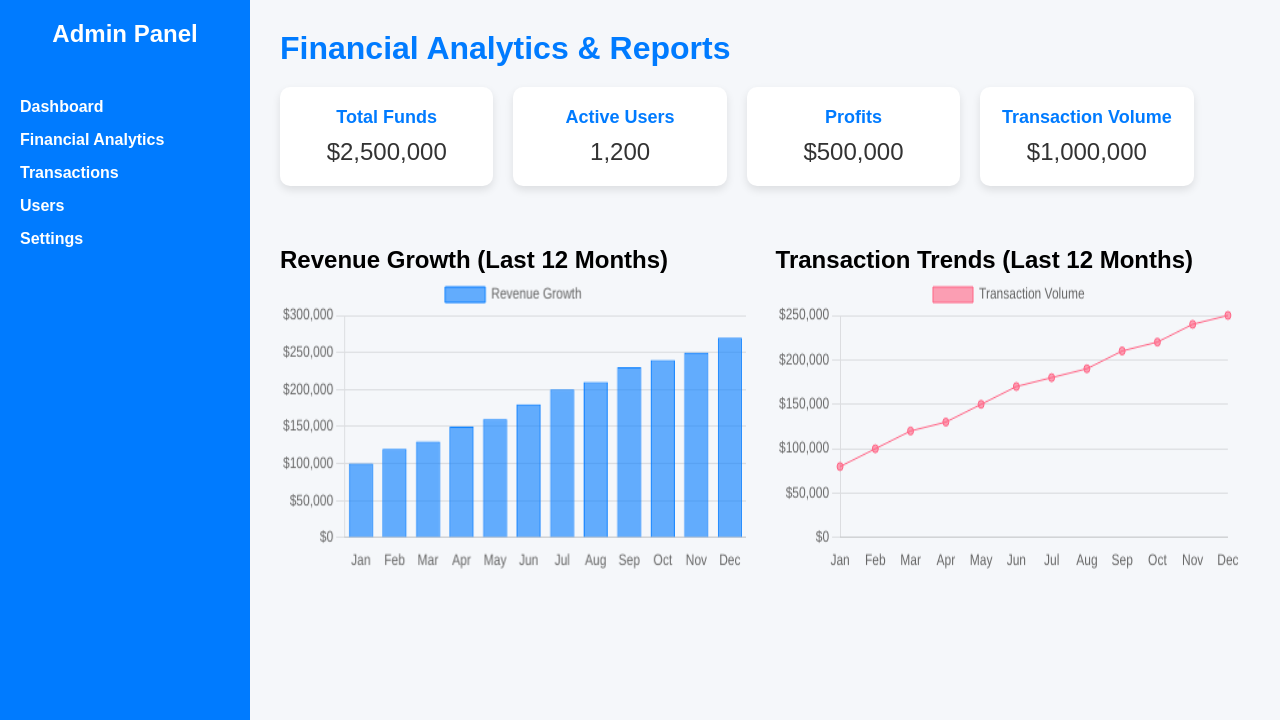
Repository: 2025silverx/slivedrX
Page: index5.html
These files come from the project's save history. The page is drawn as it stood at one moment and after the next save; the edit follows.
The browser window is 1280 px wide. The pictures show the whole page.

Above is the page before, as saved 2025-01-05 00:53:32.

After the next save:
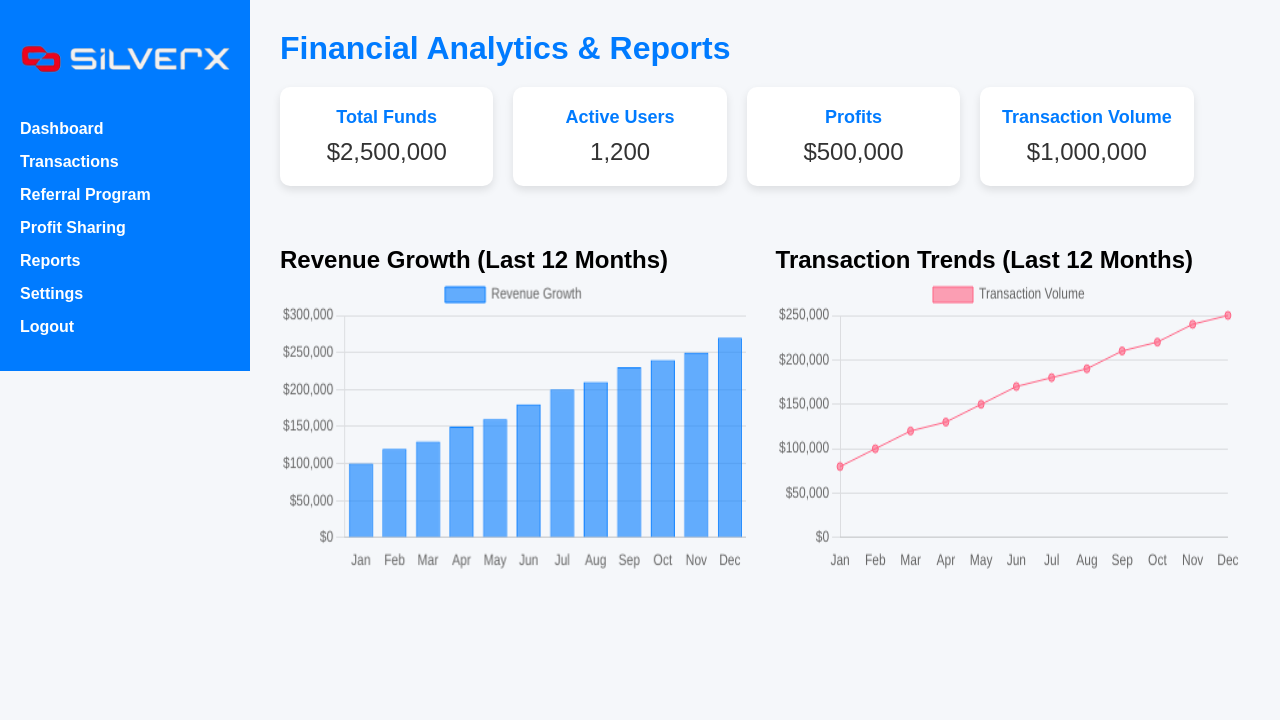
Saved 9 s later.
--- a/index5.html
+++ b/index5.html
@@ -8,15 +8,19 @@
     <script src="https://cdn.jsdelivr.net/npm/chart.js"></script>
 </head>
 <body>
-    <div class="sidebar">
-        <h2>Admin Panel</h2>
-        <ul class="sidebar-links">
-            <li><a href="#">Dashboard</a></li>
-            <li><a href="#">Financial Analytics</a></li>
-            <li><a href="#">Transactions</a></li>
-            <li><a href="#">Users</a></li>
-            <li><a href="#">Settings</a></li>
-        </ul>
+    <div id="sidebar-container">
+        <div class="sidebar">
+            <img src="images/logo.png" alt="Sidebar Logo" class="sidebar-logo">
+            <ul class="sidebar-links">
+                <li><a href="index.html" class="sidebar-link" data-target="dashboard">Dashboard</a></li>
+                <li><a href="index2.html" class="sidebar-link" data-target="transactions">Transactions</a></li>
+                <li><a href="indesx3.html" class="sidebar-link" data-target="reports">Referral Program</a></li>
+                <li><a href="index4.html" class="sidebar-link" data-target="users">Profit Sharing</a></li>
+                <li><a href="index5.html" class="sidebar-link" data-target="reports">Reports</a></li>
+                <li><a href="setting.html" class="sidebar-link" data-target="settings">Settings</a></li>
+                <li><a href="index5.html" class="sidebar-link" data-target="logout">Logout</a></li>
+            </ul>
+        </div>
     </div>
 
     <div class="main-content">
